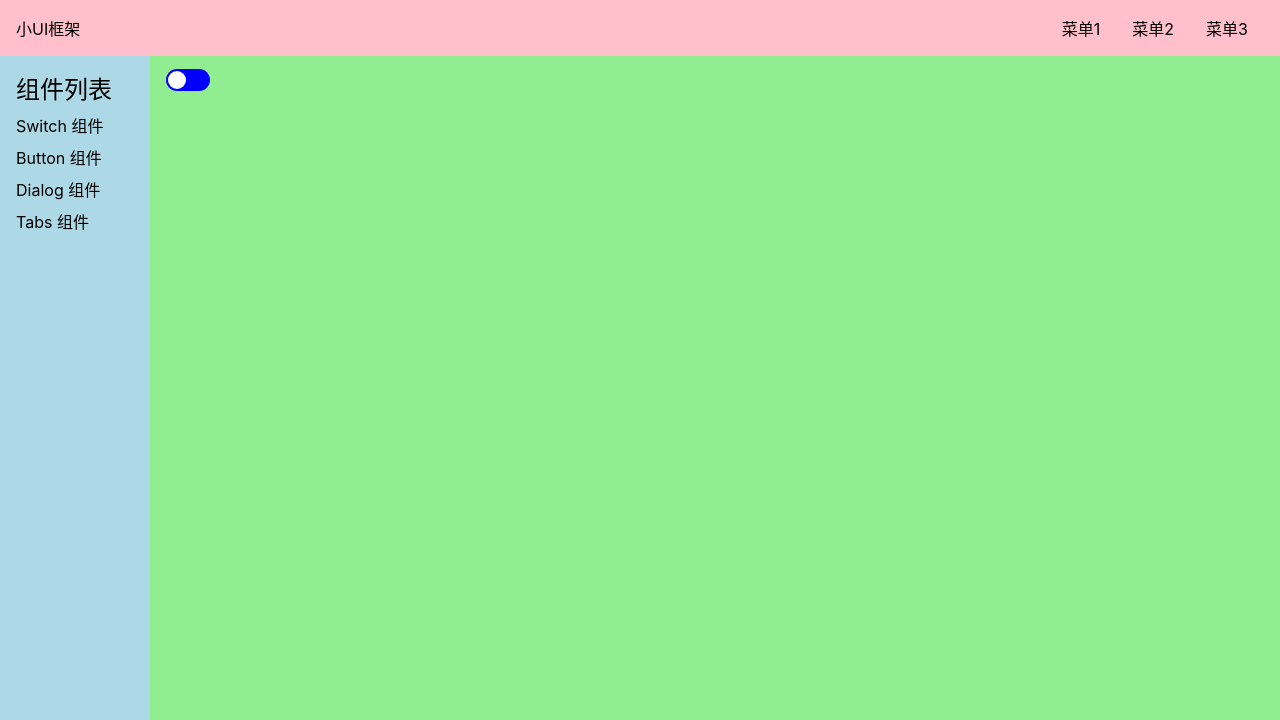
Repository: huming3272/Smile-UI
Page: /#/doc/switch
An editor plug-in stored every save of this project. The page is shown before and after the next save, followed by the edit.
The browser window is 1280 px wide. The pictures show the whole page.
The project was rebuilt for these pictures with package versions that can differ from the ones it lists, and the page was loaded fresh each time. Also part of the build but not shown: src/views/Home.vue, src/components/ButtonDemo.vue, src/components/DialogDemo.vue, src/components/TabsDemo.vue, src/components/DocDemo.vue.

Above is the page before, as saved 2021-11-02 17:03:28.

### src/main.ts
import { createApp } from 'vue'
import App from './App.vue'
import './index.scss'
import router from './router/index'

const app = createApp(App)
app.use(router)
app.mount('#app')

### src/App.vue
<template>
  <router-view/>
</template>

<script lang='ts'>
import {ref,provide} from 'vue'
import router from './router/index'

export default {
  name: 'App',
  setup(){
    const width = document.documentElement.clientWidth;
    //获取窗口宽度
    const menuVisible = ref(width <= 500 ? false : true);
    const toggleAside = ref(false)


    //检测窗口宽度
    //定义初值，类似vue2的data

    provide('menuVisible',menuVisible)//set
    //provide提供menuVisible给全局
    provide('toggleAside',toggleAside)



  },


}
</script>
<style lang="scss">
  *{
    padding: 0;
    margin: 0;
    list-style: none;

  }
</style>

### src/index.scss
* {
  margin: 0;
  padding: 0;
  box-sizing: border-box;
}
ul,
ol {
  list-style: none;
}
a {
  text-decoration: none;
  color: inherit;
  &:hover {
    border-bottom: 1px solid;
    cursor:pointer;
  }
}
h1,h2,h3,h4,h5,h6{
  font-weight: normal;
}
body{
  font-size: 16px;
  font-family: -apple-system, "Noto Sans", "Helvetica Neue", Helvetica, "Nimbus Sans L", Arial, "Liberation Sans", "PingFang SC", "Hiragino Sans GB", "Noto Sans CJK SC", "Source Han Sans SC", "Source Han Sans CN", "Microsoft YaHei", "Wenquanyi Micro Hei", "WenQuanYi Zen Hei", "ST Heiti", SimHei, "WenQuanYi Zen Hei Sharp", sans-serif;
}

### src/router/index.ts
import {createWebHashHistory,createRouter} from 'vue-router'
import Home from '../views/Home.vue'
import Doc from '../views/Doc.vue'
import Switch from '../components/SwitchDemo.vue'
import Button from '../components/ButtonDemo.vue'
import Dialog from '../components/DialogDemo.vue'
import Tabs from '../components/TabsDemo.vue'
import DocDemo from '../components/DocDemo.vue'

const history = createWebHashHistory()
// hash型路由
 const router = createRouter(
// 创建路由器
    {
    history:history,
    routes:[
        {path:'/',component:Home},
        {path:'/doc',component:Doc,
        children:[
            {path:'',component:DocDemo},
            {path:'switch',component:Switch},
            {path:'button',component:Button},
            {path:'Dialog',component:Dialog},
            {path:'Tabs',component:Tabs},
        ]},

    ]
}
)


export default router

### src/views/Doc.vue
<template>
  <div class="layout">
    <Topnav class="nav"></Topnav>
    <div class="content">
      <aside v-if="menuVisible">
        <h2>
          <router-link to='/doc'>
            组件列表
          </router-link>
        </h2>
        <ol>
          <li>
            <router-link to="/doc/switch">Switch 组件</router-link>
          </li>
          <li>
            <router-link to="/doc/button">Button 组件</router-link>
          </li>
          <li>
            <router-link to="/doc/dialog">Dialog 组件</router-link>
          </li>
          <li>
            <router-link to="/doc/tabs">Tabs 组件</router-link>
          </li>
        </ol>
      </aside>
      <main>
        <router-view></router-view>
      </main>
    </div>
  </div>
</template>
<script lang="ts">
import Topnav from "../components/Topnav.vue";
import {inject,Ref} from 'vue'
import  router  from '../router/index';
export default {
  components: {
    Topnav,
  },
  setup(){
    //setup函数是处于 生命周期函数 beforeCreate 和 Created 两个钩子函数之前的函数,类似用函数定义vue2的data
    const menuVisible = inject<Ref<boolean>>('menuVisible') //get
    const toggleAside = inject<Ref<boolean>>('toggleAside')
    toggleAside.value = true
    //引入名为menuVisible
    router.afterEach((to, from) => {

      // menuVisible.value = false
    })

    return {menuVisible}
    // return 暴露出去，才能在这个文件中使用menuVisible

  },
  methods: {

  }

};
</script>
<style lang="scss" scoped>
.layout {
  display: flex;
  flex-direction: column;
  height: 100vh;
  > .nav {
    flex-shrink: 0;
  }
  > .content {
    flex-grow: 1;
    padding-top: 53px;
    padding-left: 150px;
    @media (max-width: 500px) {
      padding-left: 0;
    }
  }
}
.content {
  display: flex;
  > aside {
    flex-shrink: 0;
  }
  > main {
    flex-grow: 1;
    padding: 16px;
    background: lightgreen;
  }
}
aside {
  background: lightblue;
  width: 150px;
  padding: 16px;
  position: fixed;
  top: 0;
  left: 0;
  padding-top: 70px;
  height: 100%;
  > h2 {
    margin-bottom: 4px;
  }
  > ol {
    > li {
      padding: 4px 0;
    }
  }
  @media (max-width: 500px) {
    position: fixed;
    top: 0;
    left: 0;
    padding-top: 70px;
  }
}
main {
  overflow: auto;
}
</style>

### src/components/SwitchDemo.vue
<template>
  <div>
    <ul>
      <Switch/>
    </ul>
  </div>
</template>
<script lang="ts">
import {inject,Ref} from 'vue'
import Switch from '../lib/Switch.vue'
export default {
  name: "switch",
  components:{
    Switch
  }
};
</script>

### src/components/Topnav.vue
<template>
  <div class="topnav">
    <router-link class="logo" to='/' >小UI框架</router-link>
    <ul class="menu">
      <li>菜单1</li>
      <li>菜单2</li>
      <li>菜单3</li>
    </ul>
    <span class="toggleAside" v-if="toggleAside"  @click="toggleMenu">333</span>
  </div>
</template>
<script lang="ts">
import {inject,Ref} from 'vue'
import router from '../router/index'
export default {
  setup(){

    const menuVisible = inject<Ref<boolean>>('menuVisible') //get
    const toggleAside = inject<Ref<boolean>>('toggleAside')
    //inject<Ref<boolean>>('menuVisible')
    //从全局引入menuVisible为boolean类型的Ref参数
    // menuVisible变量可以认为是data里的
    const toggleMenu = ()=>{
      // router.push('/doc')
      menuVisible.value = !menuVisible.value
      //这里类似methods

    }
    router.afterEach((to,from) => {
      if(to.path==='/'){
        toggleAside.value = false
      }

    });
    return {toggleMenu,toggleAside}
  }
}
</script>
<style lang="scss" scoped>
.topnav {
  background: pink;
  display: flex;
  padding: 16px;
  position: fixed;
  top: 0;
  left: 0;
  width: 100%;
  z-index: 10;
  justify-content: center;
  align-items: center;
  > .logo {
    display:block;
    max-width: 6em;
    margin-right: auto;
  }
  > .menu {
    display: flex;
    white-space: nowrap;
    flex-wrap: nowrap;
    > li {
      margin: 0 1em;
    }

  }
  >.toggleAside {
    width: 24px;
    height: 24px;
    background: red;
    border:1px solid red;
    position: absolute;
    left: 16px;
    top: 50%;
    transform: translateY(-50%);
    display: none;
  }

  @media (max-width: 500px) {
    > .menu {
      display: none;
    }
    > .toggleAside {
      display: block;
    }
    > .logo {
      margin: 0 auto;
    }

  }
}
</style>

### src/lib/Switch.vue
<template>
    <button @click="toggle" :class="{checked}">
        <span></span>
    </button>
</template>
<script lang="ts">
import {ref} from 'vue'
export default {
    setup(){
        const checked = ref(false)
        const toggle = ()=>{
            checked.value = !checked.value
        }
        return {checked,toggle}
    }
}
</script>
<style lang="scss" scoped>
    $h: 22px;
    $h2: $h - 4px;
  button{
    outline:none;
    height: $h;
    width: $h*2;
    border: none;
    background: blue;
    border-radius: $h/2;
    position: relative;
    span{
    position: absolute;
    top: 2px;
    left: 2px;
    height: $h2;
    width: $h2;
    background:white;
    border-radius: $h2 / 2;
    }
  }
  button.checked{
      background: blue;
  }
  button.checked > span{
      left: calc(100% - #{$h2} - 2px);


  }

</style>

Loaded but not shown: index.html (common file)

After the next save:
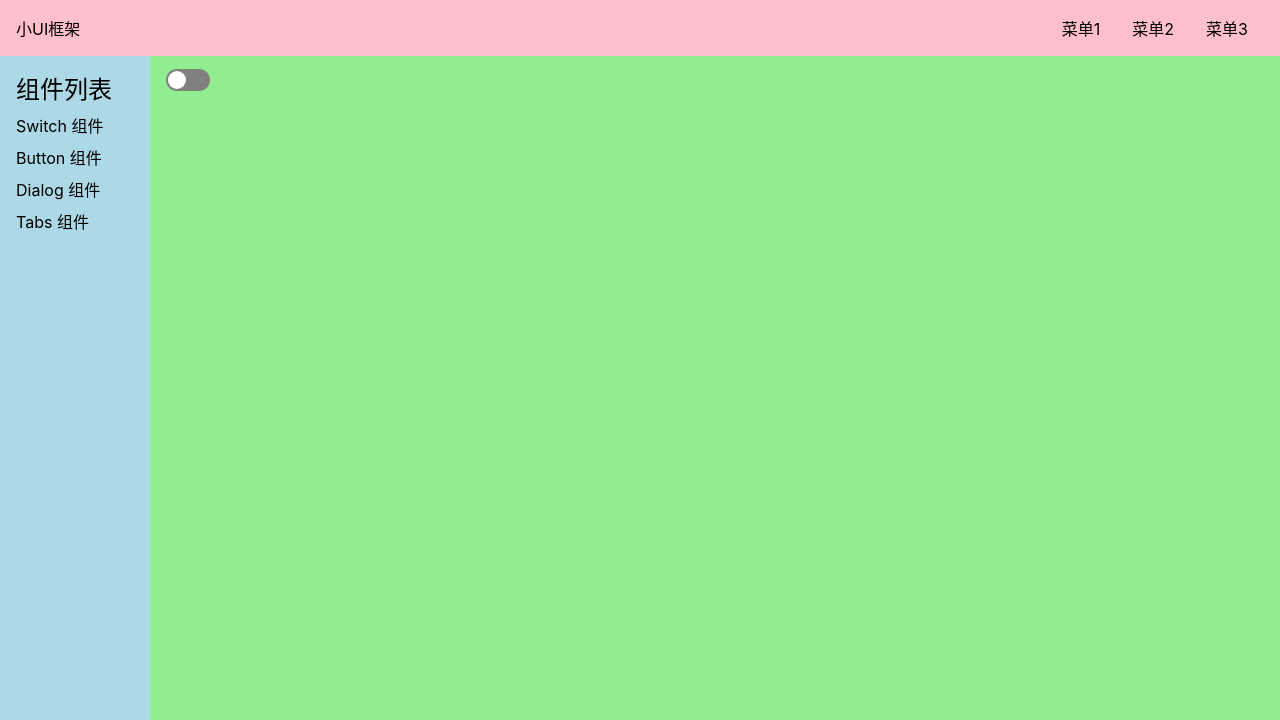
Saved 9 s later.
--- a/src/lib/Switch.vue
+++ b/src/lib/Switch.vue
@@ -23,7 +23,7 @@ export default {
     height: $h;
     width: $h*2;
     border: none;
-    background: blue;
+    background: grey;
     border-radius: $h/2;
     position: relative;
     span{
